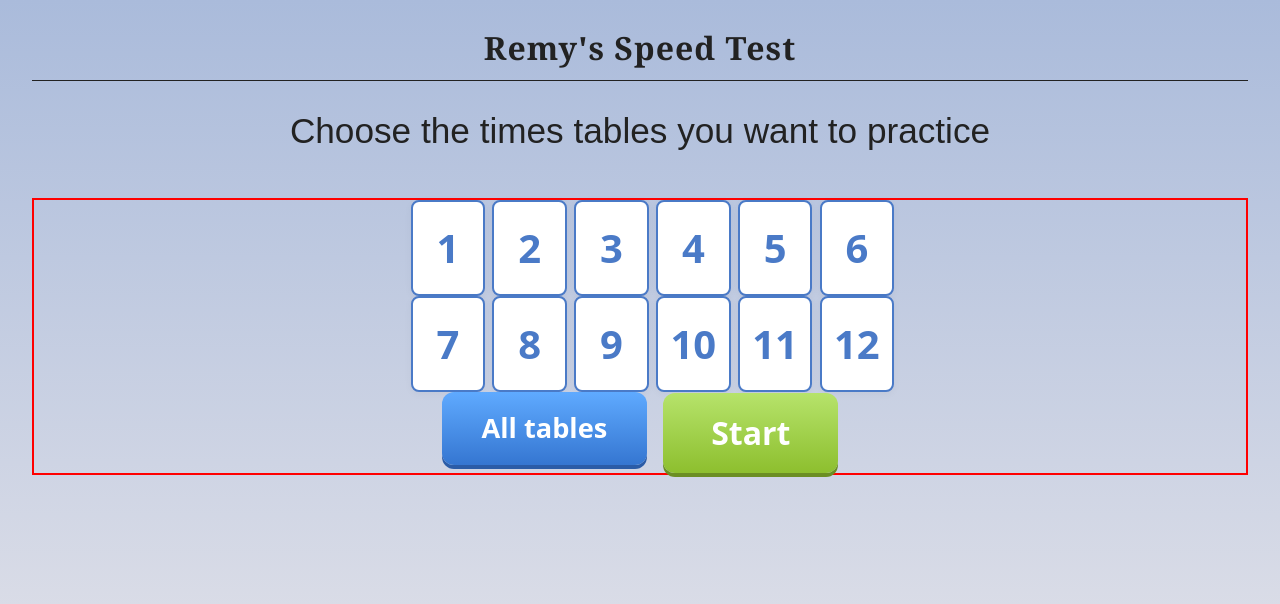
Repository: Chinurum-Omenuko/remys-speed-test
Page: / (app in app/)
The author's editor kept a copy of each file at every save. The page is drawn from the files as they stood at one save, then again after the next save.
The browser window is 1280 px wide. The pictures show the whole page.
The project was rebuilt for these pictures with package versions that can differ from the ones it lists, and the page was loaded fresh each time. The framework's server and built-in components were replaced by stand-ins that run in the browser. Also part of the build but not shown: app/svelte.config.js, app/vite.config.ts.

Above is the page before, as saved 2025-11-17 11:23:28.

After the next save:
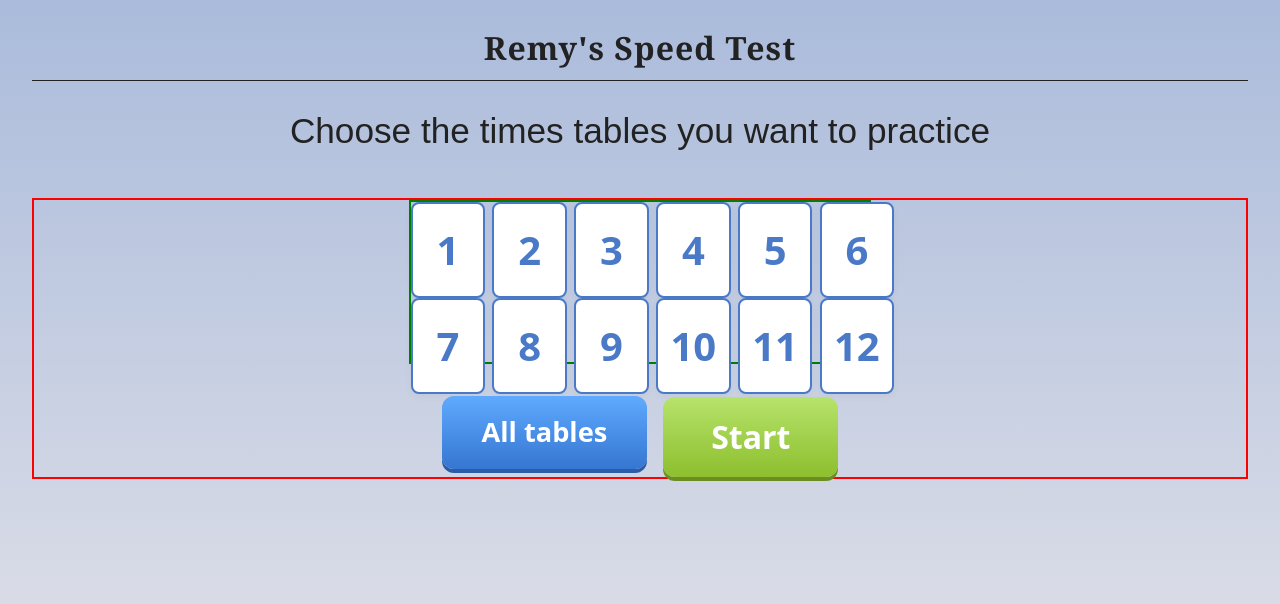
Saved 32 s later.
--- a/app/src/routes/+page.svelte
+++ b/app/src/routes/+page.svelte
@@ -111,6 +111,7 @@
 		display: grid;
 		grid-template-columns: repeat(6, 1fr);
 		gap: 2rem;
+		border: solid 2px green;
 	}
 	.table-btn {
 		background: #fff;
